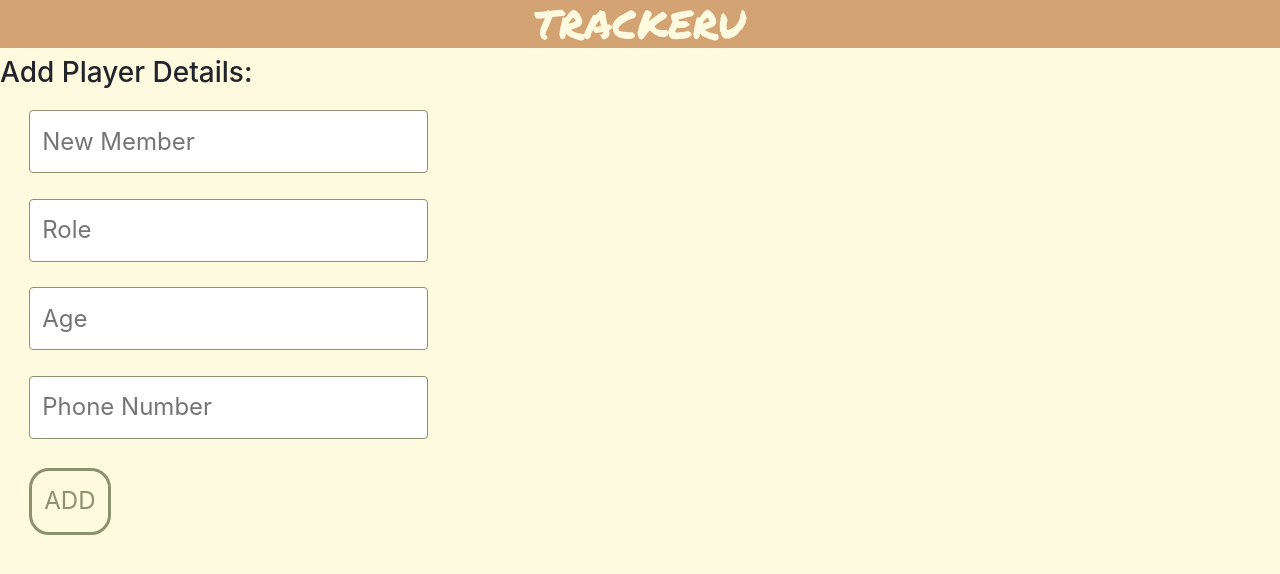
Repository: Aryaholmukhe/treasureHacks
Page: http://localhost/player
These files come from the project's save history. The page is drawn as it stood at one moment and after the next save; the edit follows.
The browser window is 1280 px wide. The pictures show the whole page.
The page is served by the project's Node server (server.js).

Above is the page before, as saved 2022-03-27 00:36:59.

After the next save:
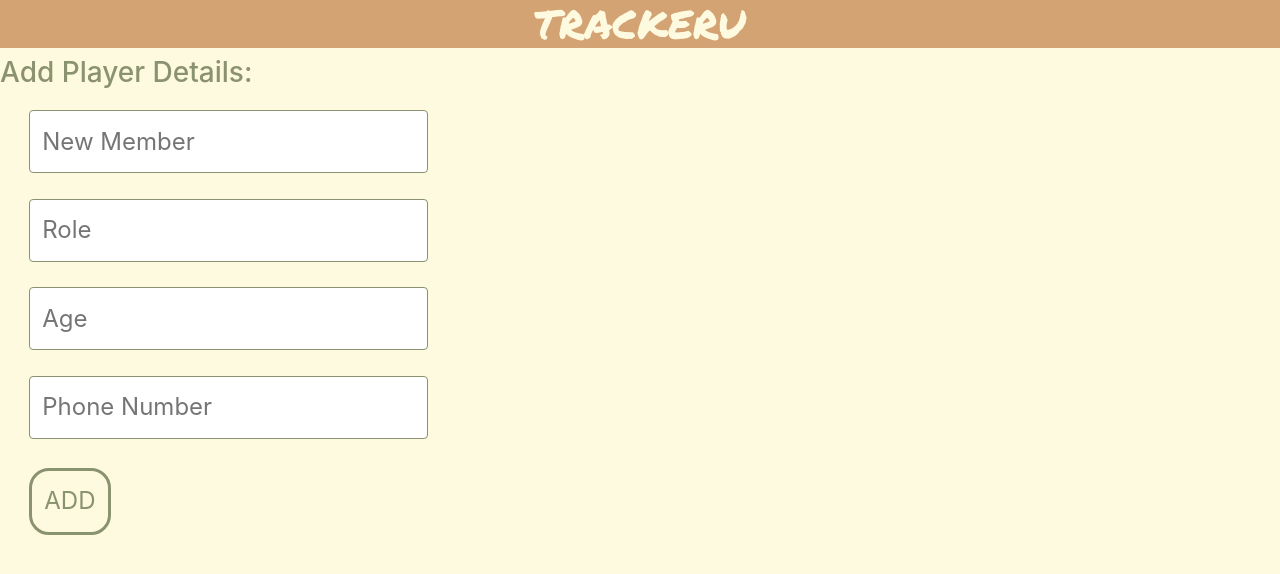
Saved 16 s later.
--- a/views/signup/player.ejs
+++ b/views/signup/player.ejs
@@ -22,7 +22,7 @@
 
   </div>
 
-    <h3 class="pl" style="color: ">Add Player Details:</h3>
+    <h3 class="pl" style="color: #8A926F">Add Player Details:</h3>
 
     <form class="ml-3" action="/" method="post">
         <input class="rounded" style="border: 1px solid #8A926F; font-size: 24px; margin:1%; padding:1%;" type="text"
